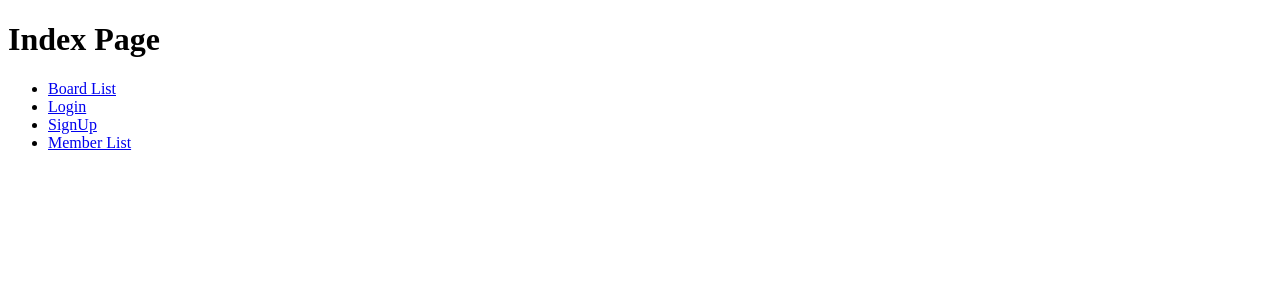
Repository: kurunai/jsp3
Page: http://localhost/jsp_project2/mem/login_auth
The author's editor kept a copy of each file at every save. The page is drawn from the files as they stood at one save, then again after the next save.
The browser window is 1280 px wide. The pictures show the whole page.
The page is served by Tomcat 9. Other server files are loaded and not shown. Queries for data that is not in the repository find no rows.

Above is the page before, as saved 2022-08-29 07:48:19.

### _jsp3_workspace/jsp_project2/src/main/webapp/index.jsp
<%@ page language="java" contentType="text/html; charset=UTF-8"
    pageEncoding="UTF-8"%>
<%@ taglib uri="http://java.sun.com/jsp/jstl/core" prefix="c"%>

<!DOCTYPE html>
<html>
<head>
<meta charset="UTF-8">
<title>Insert title here</title>
</head>
<body>
	<h1>Index Page</h1>
	<ul>
		<c:if test="${ses.email ne '' && ses.email ne null }">
			<li><a href="/brd/register">Board Register</a></li>
		</c:if>
		<li><a href="/brd/list">Board List</a></li>
		<li><a href="/mem/login">Login</a></li>
		<li><a href="/mem/join">SignUp</a></li>
		<li><a href="/mem/list">Member List</a></li>
		<c:if test="${ses.email ne '' && ses.email ne null }">
			<li><a href="/mem/logout?email=${ses.email }">logout</a></li>
		</c:if>
	</ul>
	<c:if test="${ses.email ne '' && ses.email ne null }">
		${ses.nick_name } login 하였습니다. <br>
		접속일자 : ${ses.reg_at } <br>
		마지막 접속 : ${ses.last_login }
	</c:if>
	<script>
		const msg_login = '<c:out value = "${msg_login}"/>';
		if(msg_login === '0'){
			alert('로그인 실패~~!!');
		}
	</script>
</body>
</html>

### _jsp3_workspace/jsp_project2/src/main/java/controller/MemberController.java
package controller;

import java.io.IOException;

import javax.servlet.RequestDispatcher;
import javax.servlet.ServletException;
import javax.servlet.annotation.WebServlet;
import javax.servlet.http.HttpServlet;
import javax.servlet.http.HttpServletRequest;
import javax.servlet.http.HttpServletResponse;
import javax.servlet.http.HttpSession;

import org.slf4j.Logger;
import org.slf4j.LoggerFactory;

import domain.MemberVO;
import service.MemberService;
import service.MemberServiceImpl;


@WebServlet("/mem/*")
public class MemberController extends HttpServlet {
	private static final long serialVersionUID = 1L;
	private static final Logger log = LoggerFactory.getLogger(MemberController.class);
	private RequestDispatcher rdp; // 응답에 대한 요청과 응답을 주고 받는 값.
	private MemberService msv;
	private String destPage; //목적지 페이지
	private int isUp; //완료된 요청에 대한 값.


    public MemberController() {
        msv = new MemberServiceImpl(); //구현 클래스
    }

	protected void service(HttpServletRequest req, HttpServletResponse res) throws ServletException, IOException {
		req.setCharacterEncoding("utf-8");
		res.setCharacterEncoding("utf-8");
		res.setContentType("text/html; charset=utf-8");

		String uri = req.getRequestURI(); // /mem/list 식으로 표현
		String path = uri.substring(uri.lastIndexOf("/")+1);	// /list   +1(다음값) 해주면 / 제외하고
		log.info(">>> URI : " + uri);
		log.info(">>> path : " + path); //check 값이 잘 나오는지 체크

		switch(path) {
		case "login":	// login page open
			destPage = "/member/login.jsp";
			break;

		case "login_auth":	//login작업이 일어나는 위치
			MemberVO mvo = msv.login(new MemberVO(
					req.getParameter("email"),
					req.getParameter("pwd")));
			if(mvo != null) {
				//세션을 가져오기
				//연결된 세션이 없다면 새로 생성
				HttpSession ses = req.getSession();
				//ses로 mvo를 바인딩 한다.
				ses.setAttribute("ses", mvo);
				ses.setMaxInactiveInterval(600);	// 초단위 60*10 = 10분
			}else {
				req.setAttribute("msg_login", 0);	//false란 의미의 0
			}
			destPage = "/"; 	//index페이지
			break;

		case "logout":
			//연결된 세션이 있다면 해당 세션 가져오기
			HttpSession ses = req.getSession();
			ses.invalidate();	//접속 끊기
			//로그인 정보 email 값을 가져와서 로그인 시간 update
			isUp = msv.lastLogin(req.getParameter("email"));
			log.info(">>> logout : " + (isUp > 0 ? "ok" : "fai;"));
			destPage = "/";
			break;

		case "join":	//회원가입 page open
			destPage = "/member/join.jsp";
			break;

		case "register":	//회원가입이 일어나는 위치
			isUp = msv.register(new MemberVO(
					req.getParameter("email"),
					req.getParameter("pwd"),
					req.getParameter("nick_name")));
			log.info(">>> join > " + (isUp > 0 ? "ok" : "fail"));
			destPage = "login";	//index로 가고 싶다면 "/"
			break;

		case "list":	//전체 리스트 검색
			req.setAttribute("list", msv.getList());
			destPage = "/member/list.jsp";
			break;

		case "modify":	//번호를 주고 해당 번호의 값 1개를 검색해서 open 파일에 전달
			req.setAttribute("mvo", msv.getDetail(req.getParameter("email")));
			destPage = "/member/modify.jsp";
			break;

		case "update":	//실제 수정이 일어나는 위치
			isUp = msv.modify(new MemberVO(
					req.getParameter("email"),
					req.getParameter("pwd"),
					req.getParameter("nick_name")));
			log.info(">>> Update > " + (isUp > 0 ? "ok" : "fail"));
			destPage = "list";
			break;

		case "remove":	//실제 삭제가 일어나는 위치
			isUp = msv.remove(req.getParameter("email"));
			log.info(">>> remove > " + (isUp > 0 ? "ok" : "fail"));
			destPage = "list";
			break;

		}

		rdp = req.getRequestDispatcher(destPage);
		rdp.forward(req, res);
	}

	protected void doGet(HttpServletRequest request, HttpServletResponse response) throws ServletException, IOException {
		service(request, response);
	}


	protected void doPost(HttpServletRequest request, HttpServletResponse response) throws ServletException, IOException {
		service(request, response);
	}

}

### _jsp3_workspace/jsp_project2/src/main/java/service/MemberServiceImpl.java
package service;

import java.util.List;

import org.slf4j.Logger;
import org.slf4j.LoggerFactory;

import domain.MemberVO;
import repository.MemberDAO;
import repository.MemberDAOImpl;

public class MemberServiceImpl implements MemberService {
	private static Logger log = LoggerFactory.getLogger(MemberServiceImpl.class);
	private MemberDAO mdao;

	public MemberServiceImpl() {
		mdao = new MemberDAOImpl();
	}

	@Override
	public int register(MemberVO mvo) {
		//DAO에게 요청
		log.info(">>> register > {service}");
		return mdao.insert(mvo);
	}

	@Override
	public MemberVO login(MemberVO mvo) {
		log.info(">>> login > {service}");
		return mdao.selectOne(mvo);
	}

	@Override
	public int lastLogin(String email) {
		log.info(">>> lastLogin > {service}");
		return mdao.updateLogin(email);
	}

	@Override
	public List<MemberVO> getList() {
		log.info(">>> list > {service}");
		return mdao.selectList();
	}

	@Override
	public MemberVO getDetail(String email) {
		log.info(">>> detail > {service}");
		return mdao.selectOne(email);
	}

	@Override
	public int modify(MemberVO mvo) {
		log.info(">>> modify > {service}");
		return mdao.update(mvo);
	}

	@Override
	public int remove(String email) {
		log.info(">>> remove > {service}");
		return mdao.delete(email);
	}

}

### _jsp3_workspace/jsp_project2/src/main/java/repository/MemberDAO.java
package repository;

import java.util.List;

import domain.MemberVO;

public interface MemberDAO {

	int insert(MemberVO mvo);

	MemberVO selectOne(MemberVO mvo);

	int updateLogin(String email);

	List<MemberVO> selectList();

	MemberVO selectOne(String email);

	int update(MemberVO mvo);

	int delete(String email);

}

### _jsp3_workspace/jsp_project2/src/main/java/repository/MemberDAOImpl.java
package repository;

import java.util.List;

import org.apache.ibatis.session.SqlSession;
import org.slf4j.Logger;
import org.slf4j.LoggerFactory;

import domain.MemberVO;
import orm.DatabaseBuilder;

public class MemberDAOImpl implements MemberDAO {
	private static Logger log = LoggerFactory.getLogger(MemberDAOImpl.class);
	//DB연결
	private SqlSession sql;
	private final String NS = "MemberMapper.";

	public MemberDAOImpl() {
		new DatabaseBuilder();
		sql = DatabaseBuilder.getFactory().openSession();
	}

	@Override
	public int insert(MemberVO mvo) {
		log.info(">>> register > {DAO}");
		int isUp = sql.insert(NS+"reg", mvo);
		if(isUp > 0) {
			sql.commit();
		}
		return isUp;
	}

	@Override
	public MemberVO selectOne(MemberVO mvo) {
		log.info(">>> login > {DAO}");
		return sql.selectOne(NS+"login", mvo);
	}

	@Override
	public int updateLogin(String email) {
		log.info(">>> lastLogin > {DAO}");
		int isUp = sql.update(NS+"last", email);
		if(isUp > 0) {
			sql.commit();
		}
		return isUp;
	}

	@Override
	public List<MemberVO> selectList() {
		log.info(">>> list > {DAO}");
		return sql.selectList(NS+"list");
	}

	@Override
	public MemberVO selectOne(String email) {
		log.info(">>> detail > {DAO}");
		return sql.selectOne(NS+"detail", email);
	}

	@Override
	public int update(MemberVO mvo) {
		log.info(">>> modify > {DAO}");
		int isUp = sql.update(NS+"mod", mvo);
		if(isUp > 0) {
			sql.commit();
		}
		return isUp;
	}

	@Override
	public int delete(String email) {
		log.info(">>> remove > {DAO}");
		int isUp = sql.delete(NS+"del", email);
		if(isUp > 0) {
			sql.commit();
		}
		return isUp;
	}

}

### _jsp3_workspace/jsp_project2/src/main/java/orm/DatabaseBuilder.java
package orm;

import java.io.IOException;

import org.apache.ibatis.io.Resources;
import org.apache.ibatis.session.SqlSessionFactory;
import org.apache.ibatis.session.SqlSessionFactoryBuilder;

public class DatabaseBuilder {
	private  static SqlSessionFactory factory;

	static {
		try {
			factory = new SqlSessionFactoryBuilder().build(Resources.
					getResourceAsReader("orm/MybatisConfig.xml"));
		} catch (IOException e) {
			//mybatis 설정 오류시
			e.printStackTrace();
		}


	}

	public static SqlSessionFactory getFactory() {
		return factory;
	}
}

### _jsp3_workspace/jsp_project2/src/main/java/domain/MemberVO.java
package domain;

public class MemberVO {
	private String email;
	private String pwd;
	private String nick_name;
	private String reg_at;
	private String last_login;

	//기본생성자
	public MemberVO() {}

	//login
	public MemberVO(String email, String pwd) {
		this.email = email;
		this.pwd = pwd;
	}
	//join, modify
	public MemberVO(String email, String pwd, String nick_name) {
		this(email, pwd);
		this.nick_name = nick_name;
	}
	//list
	public MemberVO(String email, String pwd, String nick_name, String reg_at, String last_login) {
		this(email, pwd, nick_name);
		this.reg_at = reg_at;
		this.last_login = last_login;
	}
		public String getEmail() {
		return email;
	}

	public void setEmail(String email) {
		this.email = email;
	}

	public String getPwd() {
		return pwd;
	}

	public void setPwd(String pwd) {
		this.pwd = pwd;
	}

	public String getNick_name() {
		return nick_name;
	}

	public void setNick_name(String nick_name) {
		this.nick_name = nick_name;
	}

	public String getReg_at() {
		return reg_at;
	}

	public void setReg_at(String reg_at) {
		this.reg_at = reg_at;
	}

	public String getLast_login() {
		return last_login;
	}

	public void setLast_login(String last_login) {
		this.last_login = last_login;
	}

}

### _jsp3_workspace/jsp_project2/src/main/java/domain/BoardVO.java
package domain;

public class BoardVO {
	private int bno;
	private String title;
	private String writer;
	private String content;
	private String reg_date;	//date도 String 형식으로 생성

	//기본생성자
	public BoardVO () {}

	//insert (title, writer, content)
	public BoardVO (String title, String writer, String content) {
		this.title = title;
		this.writer = writer;
		this.content = content;
	}

	//list(bno, title, writer, reg_date)
	public BoardVO (int bno, String title, String writer, String reg_date) {
		this.bno = bno;
		this.title = title;
		this.writer = writer;
		this.reg_date = reg_date;

	}

	//detail(all)
	public BoardVO (int bno, String title, String writer, String content, String reg_date) {
		this(bno, title, writer, reg_date);
		this.content = content;
	}

	//update(bno, title, content)
	public BoardVO (int bno, String title, String content) {
		this.bno = bno;
		this.title = title;
		this.content = content;
	}

	public int getBno() {
		return bno;
	}

	public void setBno(int bno) {
		this.bno = bno;
	}

	public String getTitle() {
		return title;
	}

	public void setTitle(String title) {
		this.title = title;
	}

	public String getWriter() {
		return writer;
	}

	public void setWriter(String writer) {
		this.writer = writer;
	}

	public String getContent() {
		return content;
	}

	public void setContent(String content) {
		this.content = content;
	}

	public String getReg_date() {
		//yyyy-mm-dd 형식으로 자름.
		String date = reg_date.substring(0, reg_date.lastIndexOf(" ")+1);
		return date;
	}

	public void setReg_date(String reg_date) {
		this.reg_date = reg_date;
	}

}

After the next save:
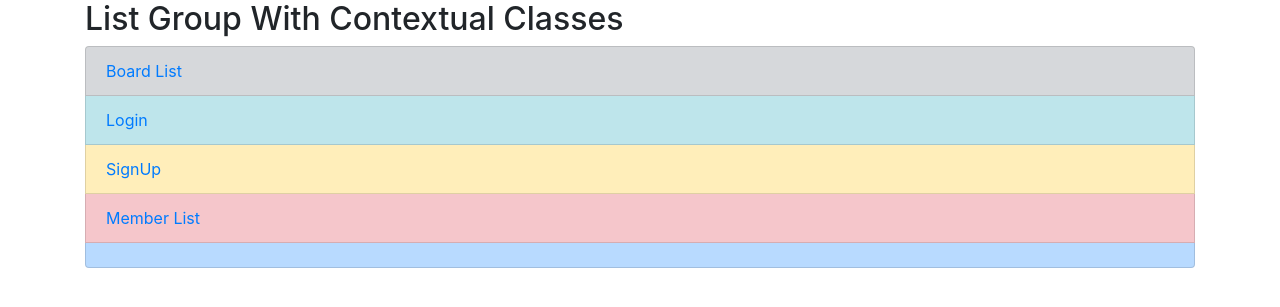
Saved 12 min 41 s later.
--- a/_jsp3_workspace/jsp_project2/src/main/webapp/index.jsp
+++ b/_jsp3_workspace/jsp_project2/src/main/webapp/index.jsp
@@ -1,8 +1,55 @@
 <%@ page language="java" contentType="text/html; charset=UTF-8"
     pageEncoding="UTF-8"%>
 <%@ taglib uri="http://java.sun.com/jsp/jstl/core" prefix="c"%>
+<!DOCTYPE html>
+<html lang="en">
+<head>
+  <title>Bootstrap Example</title>
+  <meta charset="utf-8">
+  <meta name="viewport" content="width=device-width, initial-scale=1">
+  <link rel="stylesheet" href="https://cdn.jsdelivr.net/npm/bootstrap@4.6.1/dist/css/bootstrap.min.css">
+  <script src="https://cdn.jsdelivr.net/npm/jquery@3.6.0/dist/jquery.slim.min.js"></script>
+  <script src="https://cdn.jsdelivr.net/npm/popper.js@1.16.1/dist/umd/popper.min.js"></script>
+  <script src="https://cdn.jsdelivr.net/npm/bootstrap@4.6.1/dist/js/bootstrap.bundle.min.js"></script>
+</head>
+<body>
 
-<!DOCTYPE html>
+<div class="container">
+  <h2>List Group With Contextual Classes</h2>
+  <ul class="list-group">
+  	<c:if test="${ses.email ne '' && ses.email ne null }">
+			<li class="list-group-item list-group-item-success">
+			<a href="/brd/register">Board Register</a>
+			</li>
+	</c:if>
+    <li class="list-group-item list-group-item-secondary">
+		<a href="/brd/list">Board List</a>
+	</li>
+    <li class="list-group-item list-group-item-info">
+		<a href="/mem/login">Login</a>
+	</li>
+    <li class="list-group-item list-group-item-warning">
+    	<a href="/mem/join">SignUp</a>
+    </li>
+    <li class="list-group-item list-group-item-danger">
+    	<a href="/mem/list">Member List</a>
+    </li>
+    <li class="list-group-item list-group-item-primary">
+    	<c:if test="${ses.email ne '' && ses.email ne null }">
+			<a href="/mem/logout?email=${ses.email }">logout</a>
+		</c:if>
+    </li>
+
+
+  </ul>
+</div>
+
+</body>
+</html>
+
+
+
+<%-- <!DOCTYPE html>
 <html>
 <head>
 <meta charset="UTF-8">
@@ -34,4 +81,4 @@
 		}
 	</script>
 </body>
-</html>
+</html> --%>
